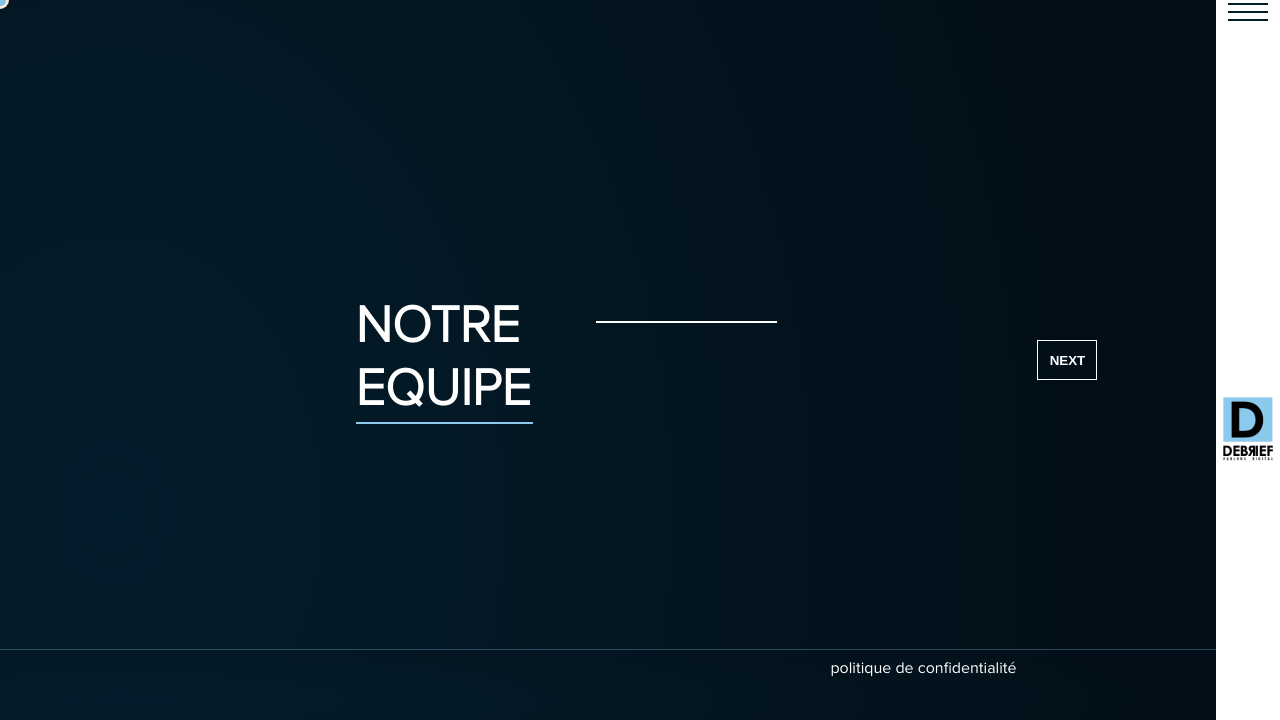
Repository: keloriane/debriefs
Page: /debriefs/a-propos
An editor plug-in stored every save of this project. The page is shown before and after the next save, followed by the edit.
The browser window is 1280 px wide. The pictures show the whole page.
The project was rebuilt for these pictures with package versions that can differ from the ones it lists, and the page was loaded fresh each time. Also part of the build but not shown: src/components/Title/Title.jsx, src/components/page/Contact/Contact.jsx, src/components/Nav/Nav.jsx, src/components/page/Home/Home.jsx, src/components/page/Service/Services.jsx, src/components/page/Service/ServiceDetails.jsx, src/components/page/Webinaire/Webinaires.jsx, src/components/page/Techspace/Techspace.jsx and 7 more. Imported but missing from the stored project, and not drawn on this page: src/assets/video/video.mp4.

Above is the page before, as saved 2020-07-28 13:06:16.

After the next save:
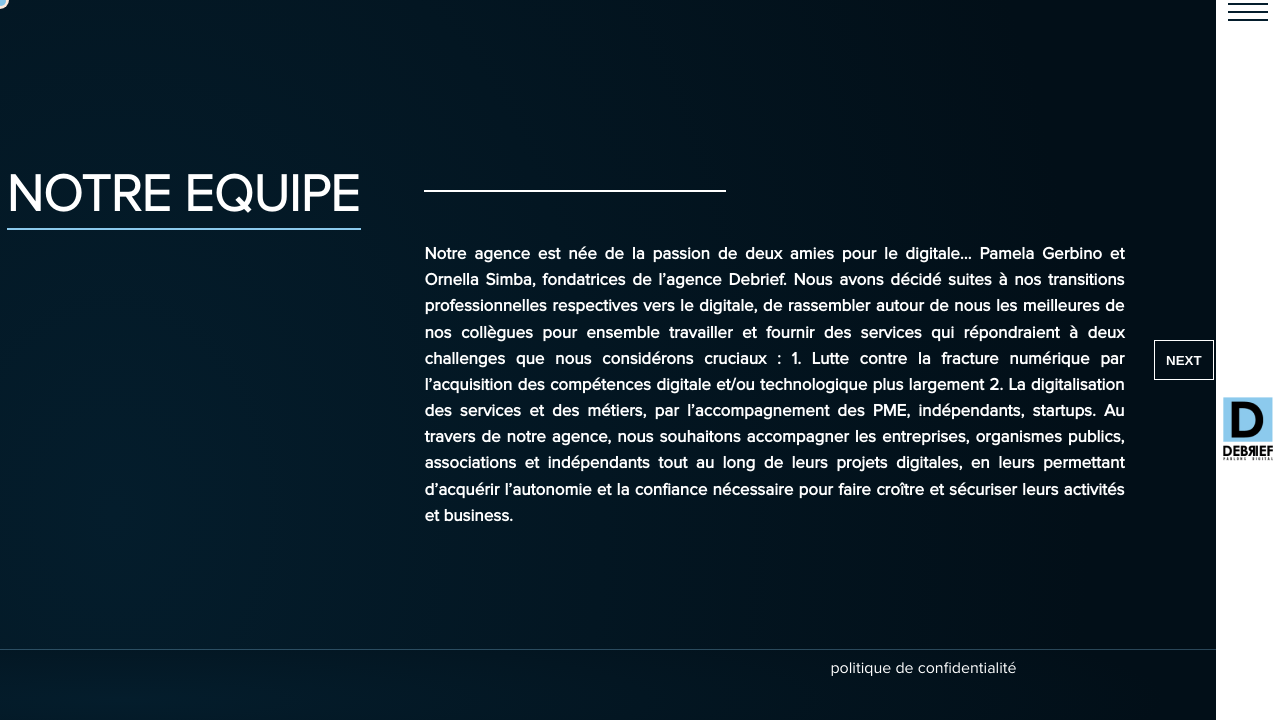
Saved 20 s later.
--- a/src/components/page/Main/Main.jsx
+++ b/src/components/page/Main/Main.jsx
@@ -36,7 +36,7 @@
                 <h3 className="about-title">{slide.title}</h3>
                 <div className="underline-about"></div>
                 <p className="about-text">
-                   {slide.about}
+                   {slide.team.about}
                 </p>
             </div>
             </div>
